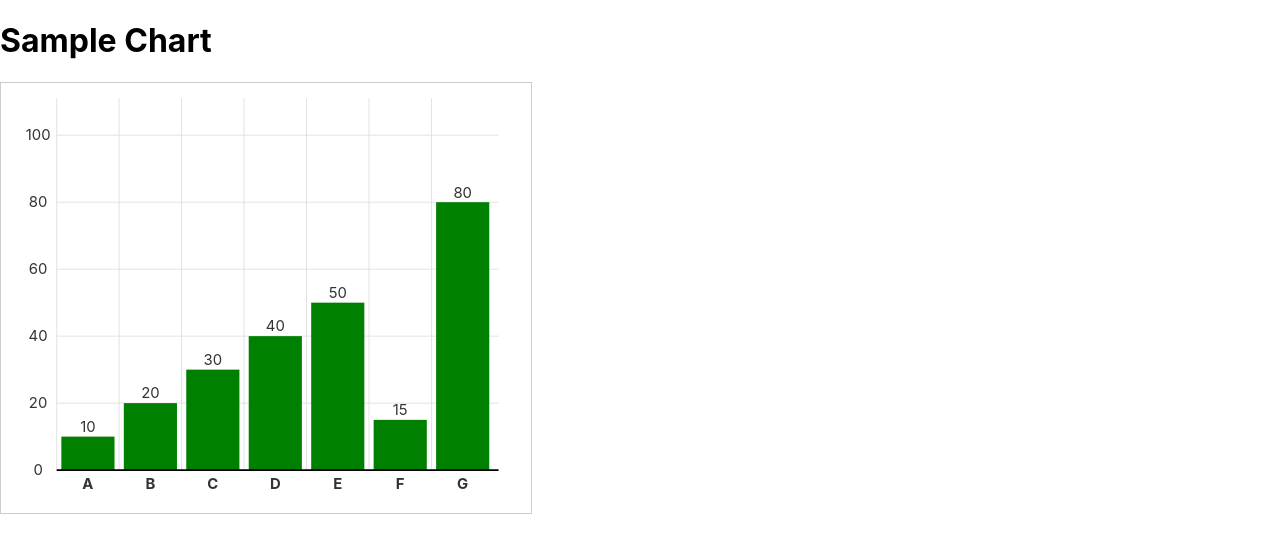
Repository: CaptainJang316/GChart
Page: /
The author's editor kept a copy of each file at every save. The page is drawn from the files as they stood at one save, then again after the next save.
The browser window is 1280 px wide. The pictures show the whole page.
The project was rebuilt for these pictures with package versions that can differ from the ones it lists, and the page was loaded fresh each time. Also part of the build but not shown: src/App.css.

Above is the page before, as saved 2024-11-09 18:01:29.

### src/App.tsx
/* eslint-disable */
import React from 'react';
import './App.css';
import BarChart from './components/Chart/BarChart';
import { Option } from './types/Option';

function App() {
  const sampleOption: Option = {
    type: 'bar',
    data: [
      { label: 'A', value: 10 },
      { label: 'B', value: 20 },
      { label: 'C', value: 30 },
      { label: 'D', value: 40 },
      { label: 'E', value: 50 },
      { label: 'F', value: 15 },
      { label: 'G', value: 80 },
    ],
    layout: {
      width: 500,
      height: 400,
      axisCnt: 5
    },
    style: {
      color: "green"
    },
    tooltip: true,
    label:  {
      show: true,
      position: 'mid'
    }
  };

  return (
    <div>
      <h1>Sample Chart</h1>
      {/* 차트의 border 없애고, X,Y 축에 대한 컴포넌트들로 더 큰 바운더리 구현해야 함. */}
      {/* => ㄴㄴ. 그냥 단일 SVG로 구현하는 게 훨씬 좋음. */}

      <div className="chart-wrapper">
        <BarChart {...sampleOption}/>
      </div>
    </div>
  );
}

export default App;

### src/components/Chart/BarChart.tsx
/* eslint-disable */
import React from 'react';
import { useAxis } from '../Axis/useAxis';
import { useGrid } from '../Grid/useGrid';
import { Option } from '../../types/Option';

// interface ChartProps {
//     data: { label: string, value: number }[];
//     width?: number;
//     height?: number;
//     color?: string;
//     axisCnt?: number;
// };

const BarChart: React.FC<Option> = ({
    data,
    title,
    layout: {
        width = 400,
        height = 300,
        axisCnt = 8,
    },
    style: {
        color = '#4A90E2',
    },
    tooltip = true
}) => {
    const values = data.map(item => item.value);
    const {xAxis, yAxis, scales} = useAxis({data: values, width: width, height: height, axisCnt: axisCnt});
    const {gridLines} = useGrid({data: values, scales, width, height, horizontalLineCnt: axisCnt});

    const maxValue = Math.max(...data.map(d => d.value));
    const barWidth = (width - 30) / data.length;
    // const yTicks = 10;
    // const tickValues = Array.from({ length: yTicks }, (_, i) => (maxValue / yTicks) * i);

    return (
        // svg 요소 안에, 차트를 그린다.
        <div style={{ display: 'inline-block', width: `${width}px`, height: `${height}px`}}>
            <svg width='100%' height='100%' viewBox={`0 0 ${width} ${height + 30}`} style={{ border: '1px solid #ccc', padding: '15px'}}>
                {
                    title?
                    <g className='title-layer'>
                        <h3>{title.text}</h3>
                        {title.subTitle? <h5>{title.subTitle}</h5> : ''}
                    </g> : ''
                }
                <g className='grid-layer'>
                    {gridLines.horizontal.map((el: { id: React.Key | null | undefined; x1: number ; y1: number ; x2: number ; y2: number; }, index: number) => (
                        <line
                            key={el.id}
                            x1={el.x1}
                            y1={el.y1}
                            x2={el.x2}
                            y2={el.y2}
                            stroke="#e0e0e0"
                            // strokeDasharray="4 4"
                            strokeWidth={1}
                        />
                    ))}
                    {gridLines.vertical.map((el: { id: React.Key | null | undefined; x1: number ; y1: number ; x2: number ; y2: number; }, index: number) => (
                        <line
                            key={el.id}
                            x1={barWidth * index + 25}
                            y1={0}
                            x2={barWidth * index + 25}
                            y2={height}
                            stroke="#e0e0e0"
                            // strokeDasharray="4 4"
                            strokeWidth={1}
                        />
                    ))}
                </g>

                <g className='axis-layer'>
                    {yAxis.ticks.map((tick) => (
                        <text
                            x={5}
                            y={tick.position}
                            textAnchor="middle"
                            // fontSize="10"
                            fill="#333"
                        >
                        {tick.value}
                        </text>
                    ))}
                </g>

                <g className='chart-layer'>
                    {data.map((d, i) => {
                        const barHeight = height - scales.yScale(d.value);
                        return (
                            // g는 svg 요소 내에 사용되는 것.
                            // svg에서 그룹을 만드는 역할을 한다.
                            // trangform은 그룹의 위치를 변환하는 데 사용됨.
                            // translate(${i * barWidth}, ${height - barHeight}) <- x축, y축 이동 정도 지정

                            <g key={i} transform={`translate(${i * barWidth}, ${height - barHeight})`}>
                                <rect
                                    width={barWidth - 10}
                                    height={barHeight}
                                    fill={color}
                                    x={30}
                                    y={0}
                                />
                                <text
                                    x={barWidth / 2 + 25}
                                    y={-5}
                                    textAnchor="middle"
                                    // fontSize="10"
                                    fill="#333"
                                >
                                    {d.value}
                                </text>
                            </g>
                        );
                    })}
                </g>

                <g className='bottom-layer'>
                    <line
                        x1={25}
                        y1={height}
                        x2={width}
                        y2={height}
                        stroke="black"
                        // strokeDasharray="4 4"
                        strokeWidth={2}
                    />
                </g>
                <g className='label-layer'>
                    {data.map((d, i) => {
                        let currX = barWidth * i;
                        return (
                            <text
                            x={currX + barWidth / 2 + 25}
                            y={height + 20}
                            textAnchor="middle"
                            // fontSize="12"
                            fontWeight="bold"
                            fill="#333"
                        >
                            {d.label}
                        </text>
                        );
                    })}
                </g>
            </svg>
        </div>
    );
};

export default BarChart;

### src/components/Axis/useAxis.ts
/* eslint-disable */
import { useMemo } from 'react';
import { scaleLinear } from 'd3-scale';

interface AxisProps {
    data: number[];
    width: number;
    height: number;
    axisCnt?: number;
    horizontalPadding?: number; // 좌우 패딩
    topPadding?: number; // 위쪽 패딩
}

export const useAxis = ({
    data,
    width,
    height,
    axisCnt = 6,
    horizontalPadding = 40,
    topPadding = 40
}: AxisProps) => {
    const scales = useMemo(() => {
        // X축 스케일 설정
        const xScale = scaleLinear()
            .domain([0, data.length - 1])
            .range([horizontalPadding, width - horizontalPadding]);

        // Y축 스케일 설정
        const maxValue = Math.max(...data);
        const yMaxValue = getAppropriateMaxValue(maxValue);

        const yScale = scaleLinear()
            .domain([0, yMaxValue])
            // 위쪽 패딩만 적용하고 아래쪽은 height 값 그대로 사용
            .range([height, topPadding]); // -1을 해서 baseline에 정확히 맞춤

        return { xScale, yScale };
    }, [data, width, height, horizontalPadding, topPadding]);

    const xAxis = useMemo(() => {
        return {
            ticks: data.map((_, index) => ({
                value: index,
                position: scales.xScale(index)
            }))
        };
    }, [scales.xScale, data]);

    const yAxis = useMemo(() => {
        const ticks = scales.yScale.ticks(axisCnt);
        return {
            ticks: ticks.map(tick => ({
                value: tick,
                position: scales.yScale(tick) + 5
            }))
        };
    }, [scales.yScale, axisCnt]);

    return { xAxis, yAxis, scales };
};

// 적절한 최대값을 계산하는 헬퍼 함수
function getAppropriateMaxValue(maxValue: number): number {
    const magnitude = Math.pow(10, Math.floor(Math.log10(maxValue)));
    const normalized = maxValue / magnitude;

    if (normalized <= 1) return magnitude;
    if (normalized <= 2) return 2 * magnitude;
    if (normalized <= 5) return 5 * magnitude;
    return 10 * magnitude;
}

### src/components/Grid/useGrid.ts
/* eslint-disable */
import { useMemo } from 'react';

interface GridProps {
    data: number[],
    scales: {
        xScale: any;
        yScale: any;
    },
    width: number,
    height: number
    horizontalLineCnt: number;
}

export const useGrid = ({data, scales, width, height, horizontalLineCnt}: GridProps) => {
    const gridLines = useMemo(() => {
        const vertical = scales.xScale.ticks(data.length - 1).map((tick: number) => ({
            id: `x-${tick}`,
            x1: scales.xScale(tick),
            y1: 0,
            x2: scales.xScale(tick),
            y2: height,
        }));

        const horizontal = scales.yScale.ticks(horizontalLineCnt).map((tick: number) => ({
            id: `y-${tick}`,
            x1: 25,
            y1: scales.yScale(tick),
            x2: width,
            y2: scales.yScale(tick)
        }));

        return {vertical, horizontal};
    }, [scales, width, height]);

    return { gridLines };
}

Loaded but not shown: public/index.html (common file); src/index.tsx (common file); src/index.css (common file); src/reportWebVitals.ts (common file)

After the next save:
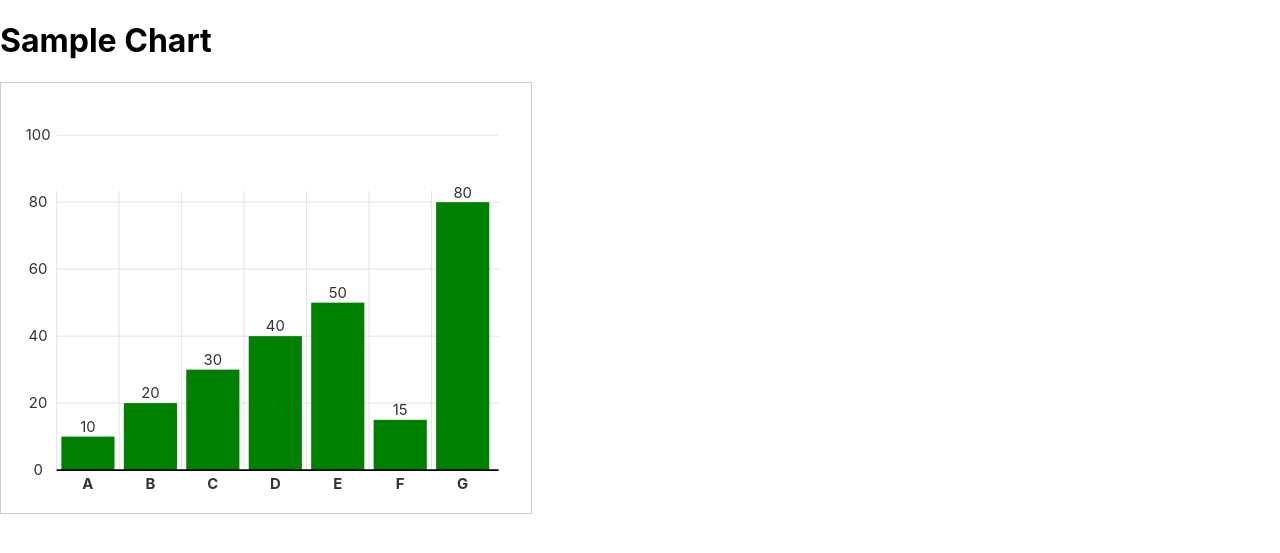
Saved 14 s later.
--- a/src/components/Chart/BarChart.tsx
+++ b/src/components/Chart/BarChart.tsx
@@ -62,7 +62,7 @@ const BarChart: React.FC<Option> = ({
                         <line
                             key={el.id}
                             x1={barWidth * index + 25}
-                            y1={0}
+                            y1={100}
                             x2={barWidth * index + 25}
                             y2={height}
                             stroke="#e0e0e0"
